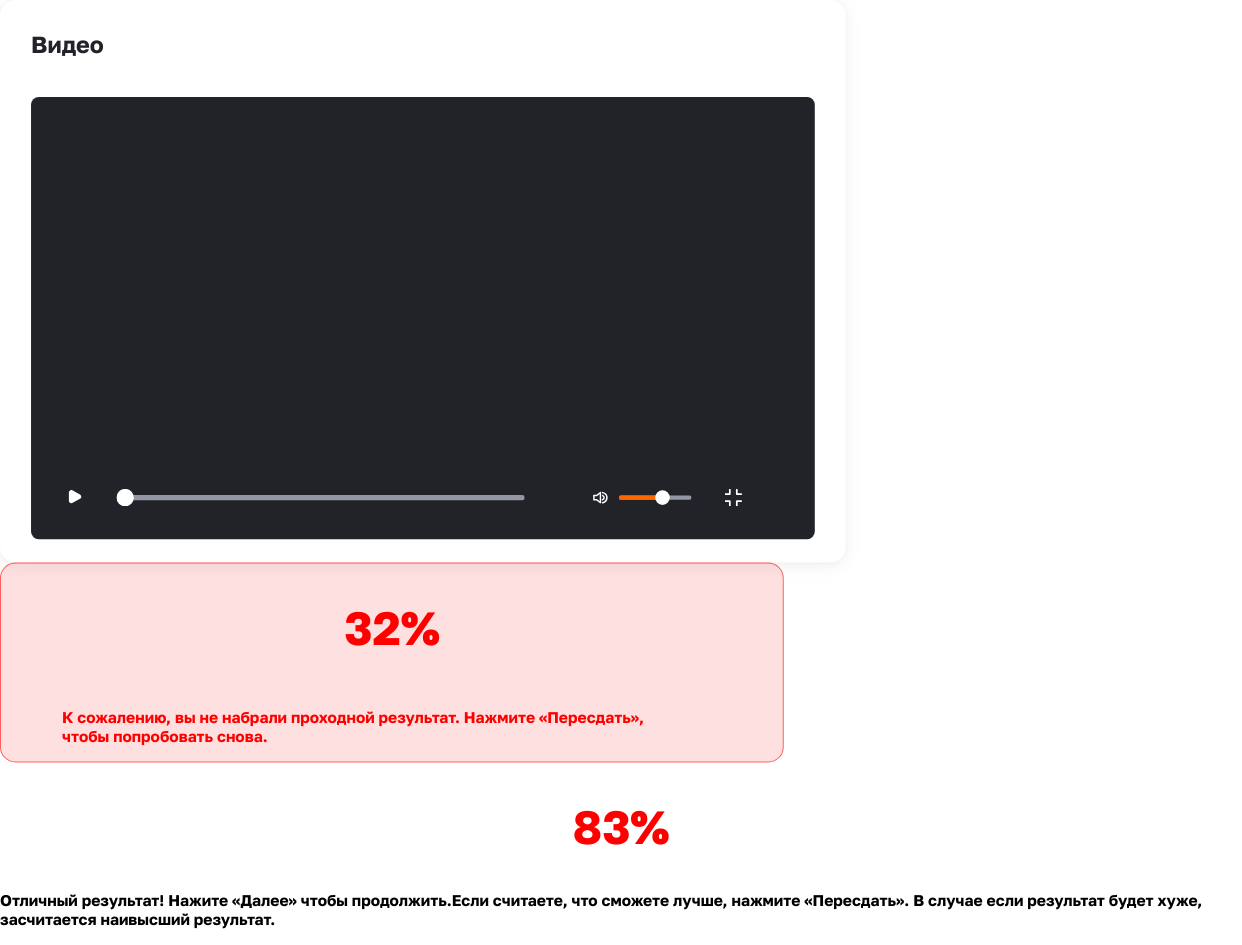
Repository: RuslanSR2424/Group5_LizaAlert
Page: index.html
An editor plug-in stored every save of this project. The page is shown before and after the next save, followed by the edit.
The browser window is 1280 px wide. The pictures show the whole page, at 97% of full size.

Above is the page before, as saved 2022-03-09 17:01:33.

### index.html
<!DOCTYPE html>
<html lang="en">

<head>
    <meta charset="UTF-8">
    <meta http-equiv="X-UA-Compatible" content="IE=edge">
    <meta name="viewport" content="width=device-width, initial-scale=1.0">
    <link rel="stylesheet" href="./pages/index.css" />
    <title>Document</title>
</head>

<body class="root">
    <section class="video">
        <h2 class="video__title">
            Видео
        </h2>
        <div class="video__player">
            <img class="video__button video__button_type_play" src="./images/video/start.svg">
            <img class="video__button video__button_type_timeline" src="./images/video/timeline.svg">
            <img class="video__button video__button_type_sound-icon" src="./images/video/sound-icon.svg">
            <img class="video__button video__button_type_sound" src="./images/video/sound.svg">
            <img class="video__button video__button_type_size" src="./images/video/size.svg">
        </div>
    </section>
    <section class="results">
        <div class="results__bad">
            <h2 class="results__score">32%</h2>
            <p class="result__text result__text_type_bad">К сожалению, вы не набрали проходной результат.
                Нажмите «Пересдать», чтобы попробовать снова.</p>
        </div>
        <div class="results__good">
            <h2 class="results__score">83%</h2>
            <p class="result__text result__text_type_good">Отличный результат!
                Нажите «Далее» чтобы продолжить.Если считаете, что сможете лучше, нажмите «Пересдать». В случае если результат будет хуже, засчитается наивысший результат.</p>
        </div>
    </section>
</body>

</html>

### pages/index.css
@import url(../fonts/fonts.css);
@import url(../blocks/root/root.css);

/* video */

@import url(../blocks/video/video.css);
@import url(../blocks/video/__button/video__button.css);
@import url(../blocks/video/__button/_type/video__button_type_play.css);
@import url(../blocks/video/__button/_type/video__button_type_sound.css);
@import url(../blocks/video/__button/_type/video__button_type_timeline.css);
@import url(../blocks/video/__button/_type/video__button_type_size.css);
@import url(../blocks/video/__button/_type/video__button_type_sound-icon.css);
@import url(../blocks/video/__player/video__player.css);
@import url(../blocks/video/__title/video__title.css);

/* results */

@import url(../blocks/results/results.css);
@import url(../blocks/results/__bad/results__bad.css);
@import url(../blocks/results/__good/results__good.css);
@import url(../blocks/results/__score/results__score.css);
@import url(../blocks/results/__text/results__text.css);
@import url(../blocks/results/__text/_type/result__text_type_bad.css);
@import url(../blocks/results/__text/_type/result__text_type_good.css);

### fonts/fonts.css
@font-face {
  font-family: "GolosTextWebRegular";
  src: url("Golos-Text_Regular.woff2") format("woff2"),
    url("Golos-Text_Regular.woff") format("woff");
  font-weight: normal;
  font-style: normal;
}
@font-face {
  font-family: "Golos";
  font-style: bold;
  font-weight: 900;
  src: url(./Golos-Text_Bold.woff) format("woff"),
    url(./Golos-Text_Bold.woff2) format("woff2");
}

### blocks/root/root.css
.root {
  margin: 0;
  padding: 0;
  font-family: "Golos";
}

### blocks/video/video.css
.video {
  height: 580px;
  width: 872px;
  display: flex;
  flex-direction: column;
  background: #ffffff;
  box-shadow: 0px 0px 4px rgba(231, 232, 235, 0.6),
    0px 4px 16px rgba(231, 232, 235, 0.6);
  border-radius: 16px;
}

### blocks/video/__button/video__button.css
.video__button{
    height: 18px;
}

### blocks/video/__button/_type/video__button_type_play.css
.video__button_type_play {
    margin: 0 0 35px 36px;
}

### blocks/video/__button/_type/video__button_type_sound.css
.video__button_type_sound{
    margin: 0 0 34px 10px;
}

### blocks/video/__button/_type/video__button_type_timeline.css
.video__button_type_timeline{
    margin: 0 35px 34px 34px;
}

### blocks/video/__button/_type/video__button_type_size.css
.video__button_type_size{
    margin: 0 34px 34px 34px;
}

### blocks/video/__button/_type/video__button_type_sound-icon.css
.video__button_type_sound-icon{
    margin: 0 0 34px 34px;
}

### blocks/video/__player/video__player.css
.video__player {
  height: 456px;
  width: 808px;
  background-color: #212329;
  display: flex;
  flex-direction: row;
  align-items: flex-end;
  border-radius: 8px;
  margin: auto;
}

### blocks/video/__title/video__title.css
.video__title {
  font-family: Golos;
  font-style: normal;
  font-weight: 700;
  font-size: 24px;
  line-height: 28px;
  color: #212329;
  margin: 32px 32px 16px 32px;
}

### blocks/results/results.css
.results{}

### blocks/results/__bad/results__bad.css
.results__bad {
  display: flex;
  flex-direction: column;
  align-items: center;

  width: 808px;
  height: 206px;

  background: rgba(255, 0, 0, 0.12);
  border: 1.2px solid rgba(255, 0, 0, 0.6);
  box-sizing: border-box;
  border-radius: 16px;
}

### blocks/results/__good/results__good.css
.results__good{

}

### blocks/results/__score/results__score.css
.results__score {
  font-family: "Golos";
  font-style: normal;
  font-weight: bold;
  font-size: 48px;
  line-height: 52px;
  text-align: center;

  color: #FF0000;
}

### blocks/results/__text/results__text.css
.results__text {
  font-family: "Golos";
  font-style: normal;
  font-weight: normal;
  font-size: 18px;
  line-height: 24px;
  text-align: center;
}

### blocks/results/__text/_type/result__text_type_bad.css
.result__text_type_bad {
  color: #ff0000;
  width: 680px;
  min-height: 66px;
}

### blocks/results/__text/_type/result__text_type_good.css
.result__text_type_good{}

After the next save:
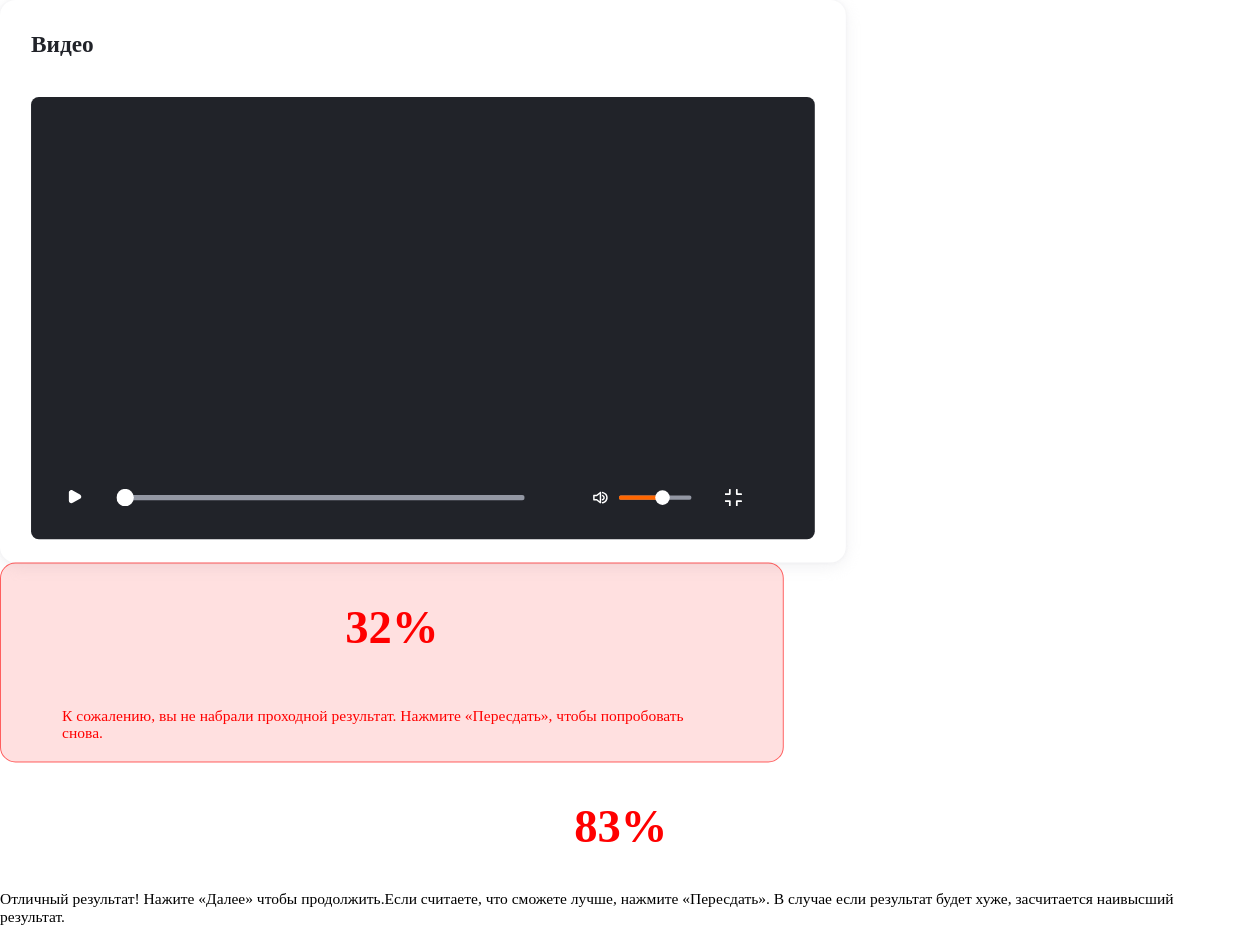
Saved 19 s later.
--- a/fonts/fonts.css
+++ b/fonts/fonts.css
@@ -6,9 +6,9 @@
   font-style: normal;
 }
 @font-face {
-  font-family: "Golos";
-  font-style: bold;
-  font-weight: 900;
-  src: url(./Golos-Text_Bold.woff) format("woff"),
-    url(./Golos-Text_Bold.woff2) format("woff2");
+  font-family: "GolosTextWebBold";
+  src: url("Golos-Text_Bold.woff2") format("woff2"),
+    url("Golos-Text_Bold.woff") format("woff");
+  font-weight: normal;
+  font-style: normal;
 }
